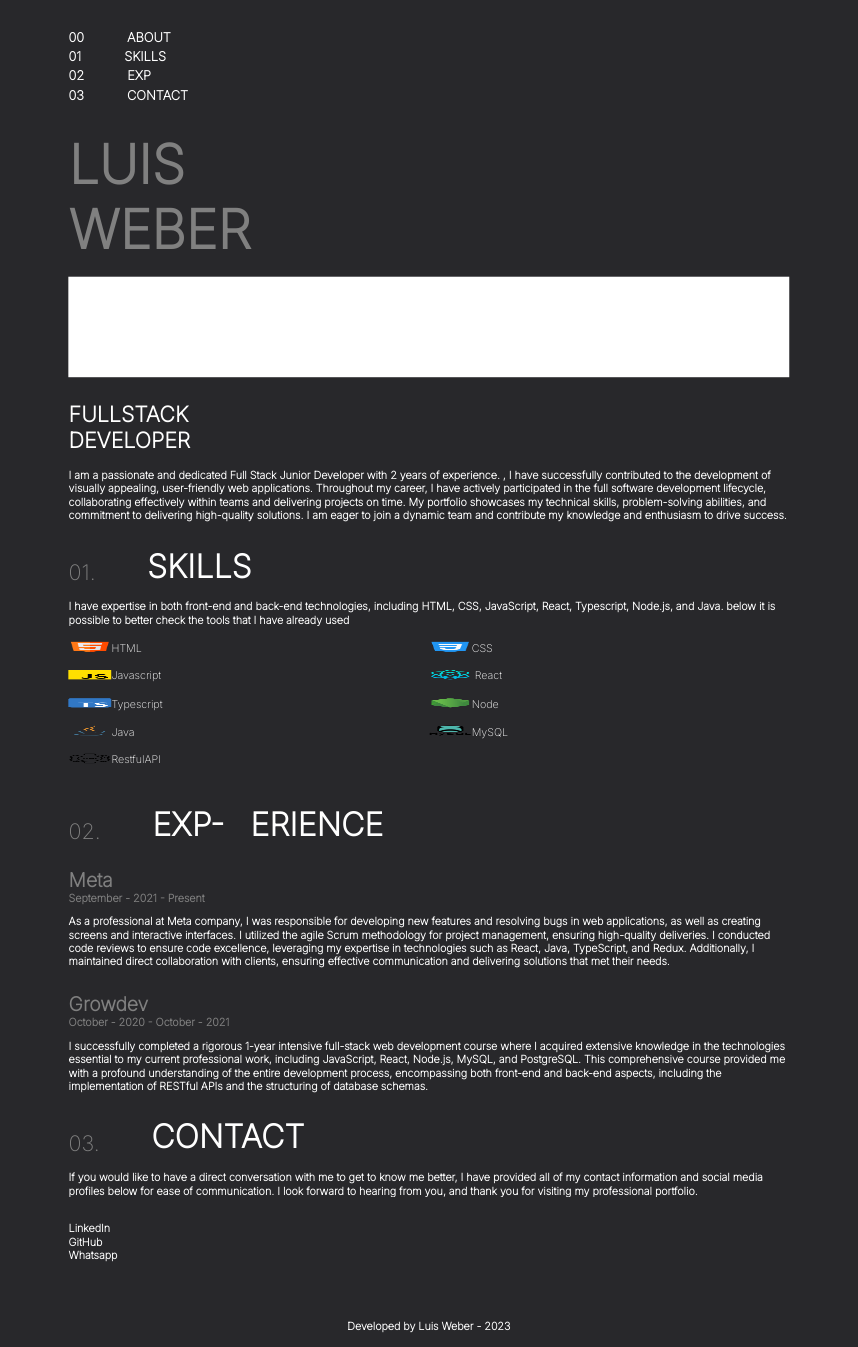
Repository: luiswh1/Portfolio
Page: /
The author's editor kept a copy of each file at every save. The page is drawn from the files as they stood at one save, then again after a run of saves.
The browser window is 1280 px wide. The pictures show the whole page, at 67% of full size.
The project was rebuilt for these pictures with package versions that can differ from the ones it lists, and the page was loaded fresh each time.

Above is the page before, as saved 2023-06-01 20:30:09.

After the next 4 saves:
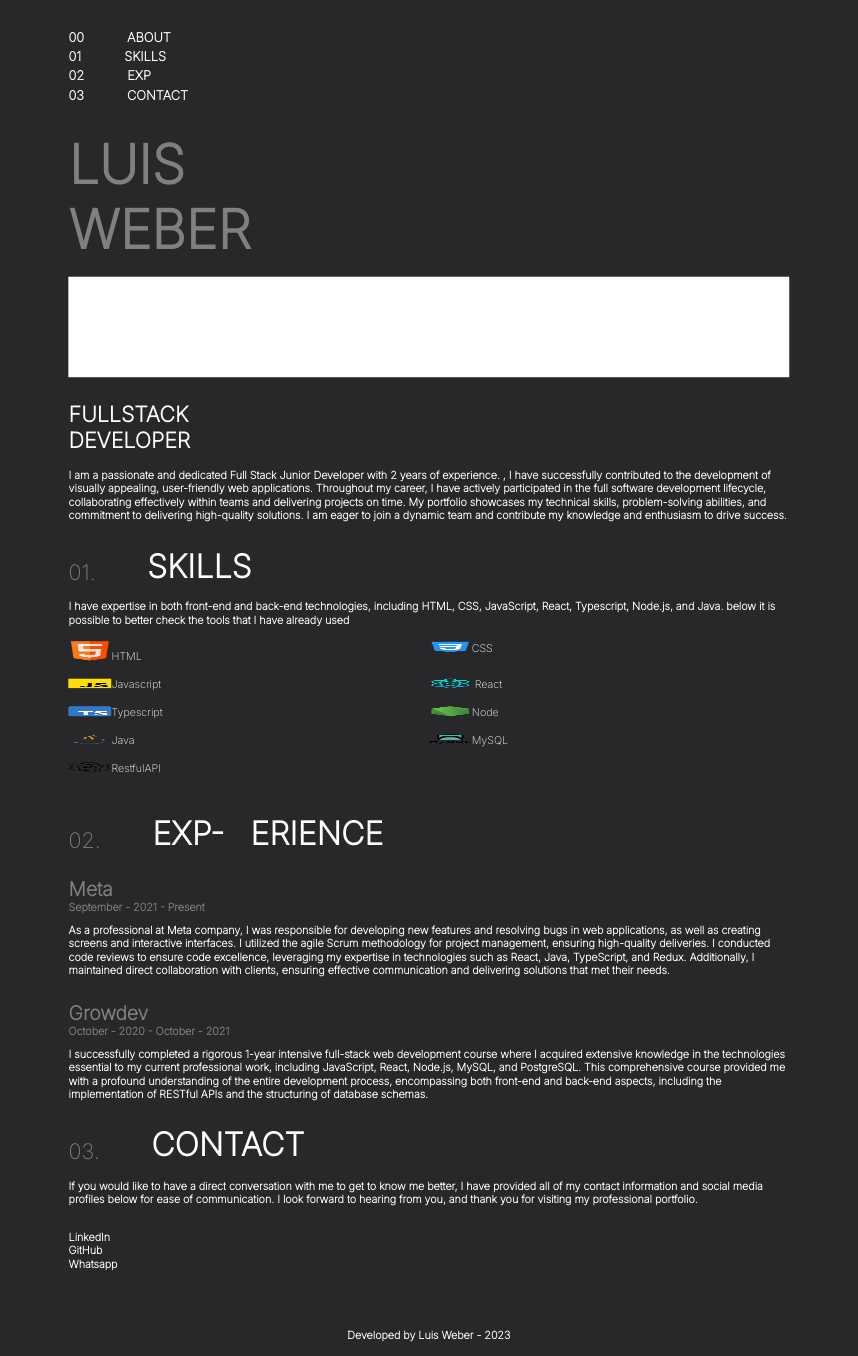
The 4 saves are shown as one change because they came seconds apart.
The last was saved 18 s later.
--- a/src/Pages/Home.tsx
+++ b/src/Pages/Home.tsx
@@ -79,7 +79,7 @@ const Home = () => {
               <img
                 src="/assets/images/html.png"
                 alt=""
-                style={{ width: "5vw", height: "2vh" }}
+                style={{ width: "5vw", height: "4vh" }}
               />
               HTML
             </SkillItem>
